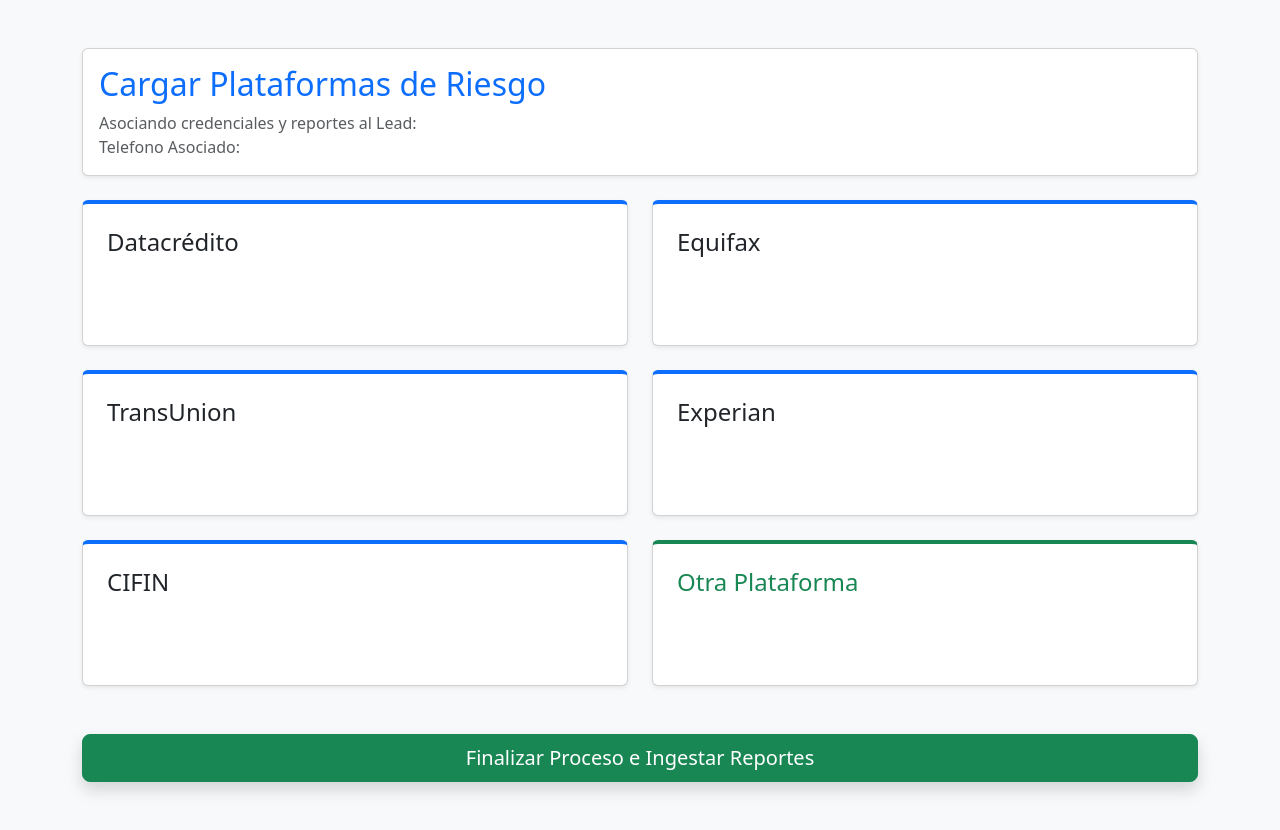
Repository: LuhizK/crm_ventas
Page: leads/templates/leads/registro_plataformas.html
An editor plug-in stored every save of this project. The page is shown before and after the next save, followed by the edit.
The browser window is 1280 px wide. The pictures show the whole page.
The template is drawn by Django 5.2. The application's start-up code is not run. Other server files are loaded and not shown. The template is opened directly, without the code that normally fills it, so the values that code supplies are empty.

Above is the page before, as saved 2026-07-06 23:18:03.

### leads/templates/leads/registro_plataformas.html
<!DOCTYPE html>
<html lang="es">
<head>
    <meta charset="UTF-8">
    <meta name="viewport" content="width=device-width, initial-scale=1.0">
    <title>Plataformas y Reportes del Lead</title>
    <link href="https://cdn.jsdelivr.net/npm/bootstrap@5.3.0/dist/css/bootstrap.min.css" rel="stylesheet">
    <style>
        .form-label { font-weight: 600; color: #495057; font-size: 0.9rem; }
        .platform-card { border-top: 4px solid #0d6efd; } /* Línea azul decorativa arriba */
    </style>
</head>
<body class="bg-light">

    <div class="container mt-5 mb-5">
        <div class="card p-3 mb-4 bg-white shadow-sm">
            <h2 class="text-primary m-0">Cargar Plataformas de Riesgo</h2>
            <p class="text-muted mt-2 mb-0">
                Asociando credenciales y reportes al Lead: <strong>{{ lead.id_lead }}</strong>
            </p>
            <p class="text-muted mt-0 mb-0">
                Telefono Asociado: <strong>{{ lead.telefono_marcado }}</strong>
            </p>
        </div>

        <form method="post" enctype="multipart/form-data">
            {% csrf_token %}

            <div class="row g-4 mb-4">
                <div class="col-md-6">
                    <div class="card shadow-sm p-4 h-100 platform-card">
                        <h4 class="mb-3 text-dark">Datacrédito</h4>
                        <div class="mb-3">
                            {{ form.datacredito_usuario.label_tag }}
                            {{ form.datacredito_usuario }}
                        </div>
                        <div class="mb-3">
                            {{ form.datacredito_password.label_tag }}
                            {{ form.datacredito_password }}
                        </div>
                        <div class="mb-3">
                            {{ form.datacredito_archivos.label_tag }}
                            {{ form.datacredito_archivos }}
                        </div>
                        <div class="mb-0">
                            {{ form.datacredito_notes.label_tag }}
                            {{ form.datacredito_notas }}
                        </div>
                    </div>
                </div>

                <div class="col-md-6">
                    <div class="card shadow-sm p-4 h-100 platform-card">
                        <h4 class="mb-3 text-dark">Equifax</h4>
                        <div class="mb-3">
                            {{ form.equifax_usuario.label_tag }}
                            {{ form.equifax_usuario }}
                        </div>
                        <div class="mb-3">
                            {{ form.equifax_password.label_tag }}
                            {{ form.equifax_password }}
                        </div>
                        <div class="mb-3">
                            {{ form.equifax_archivos.label_tag }}
                            {{ form.equifax_archivos }}
                        </div>
                        <div class="mb-0">
                            {{ form.equifax_notas.label_tag }}
                            {{ form.equifax_notas }}
                        </div>
                    </div>
                </div>
            </div>

            <div class="row g-4 mb-4">
                <div class="col-md-6">
                    <div class="card shadow-sm p-4 h-100 platform-card">
                        <h4 class="mb-3 text-dark">TransUnion</h4>
                        <div class="mb-3">
                            {{ form.transunion_usuario.label_tag }}
                            {{ form.transunion_usuario }}
                        </div>
                        <div class="mb-3">
                            {{ form.transunion_password.label_tag }}
                            {{ form.transunion_password }}
                        </div>
                        <div class="mb-3">
                            {{ form.transunion_archivos.label_tag }}
                            {{ form.transunion_archivos }}
                        </div>
                        <div class="mb-0">
                            {{ form.transunion_notas.label_tag }}
                            {{ form.transunion_notas }}
                        </div>
                    </div>
                </div>

                <div class="col-md-6">
                    <div class="card shadow-sm p-4 h-100 platform-card">
                        <h4 class="mb-3 text-dark">Experian</h4>
                        <div class="mb-3">
                            {{ form.experian_usuario.label_tag }}
                            {{ form.experian_usuario }}
                        </div>
                        <div class="mb-3">
                            {{ form.experian_password.label_tag }}
                            {{ form.experian_password }}
                        </div>
                        <div class="mb-3">
                            {{ form.experian_archivos.label_tag }}
                            {{ form.experian_archivos }}
                        </div>
                        <div class="mb-0">
                            {{ form.experian_notas.label_tag }}
                            {{ form.experian_notas }}
                        </div>
                    </div>
                </div>
            </div>

            <div class="row g-4 mb-4">
                <div class="col-md-6">
                    <div class="card shadow-sm p-4 h-100 platform-card">
                        <h4 class="mb-3 text-dark">CIFIN</h4>
                        <div class="mb-3">
                            {{ form.cifin_usuario.label_tag }}
                            {{ form.cifin_usuario }}
                        </div>
                        <div class="mb-3">
                            {{ form.cifin_password.label_tag }}
                            {{ form.cifin_password }}
                        </div>
                        <div class="mb-3">
                            {{ form.cifin_archivos.label_tag }}
                            {{ form.cifin_archivos }}
                        </div>
                        <div class="mb-0">
                            {{ form.cifin_notas.label_tag }}
                            {{ form.cifin_notas }}
                        </div>
                    </div>
                </div>

                <div class="col-md-6">
                    <div class="card shadow-sm p-4 h-100 platform-card" style="border-top-color: #198754;"> <h4 class="mb-3 text-success">Otra Plataforma</h4>
                        <div class="mb-3">
                            {{ form.otro_nombre.label_tag }}
                            {{ form.otro_nombre }}
                        </div>
                        <div class="row mb-3">
                            <div class="col-6">
                                {{ form.otro_usuario.label_tag }}
                                {{ form.otro_usuario }}
                            </div>
                            <div class="col-6">
                                {{ form.otro_password.label_tag }}
                                {{ form.otro_password }}
                            </div>
                        </div>
                        <div class="mb-3">
                            {{ form.otro_archivos.label_tag }}
                            {{ form.otro_archivos }}
                        </div>
                        <div class="mb-0">
                            {{ form.otro_notas.label_tag }}
                            {{ form.otro_notas }}
                        </div>
                    </div>
                </div>
            </div>

            <div class="text-center mt-5">
                <button type="submit" class="btn btn-success btn-lg w-100 shadow">Finalizar Proceso e Ingestar Reportes</button>
            </div>
        </form>
    </div>

    <script src="https://cdn.jsdelivr.net/npm/bootstrap@5.3.0/dist/js/bootstrap.bundle.min.js"></script>
</body>
</html>

After the next save:
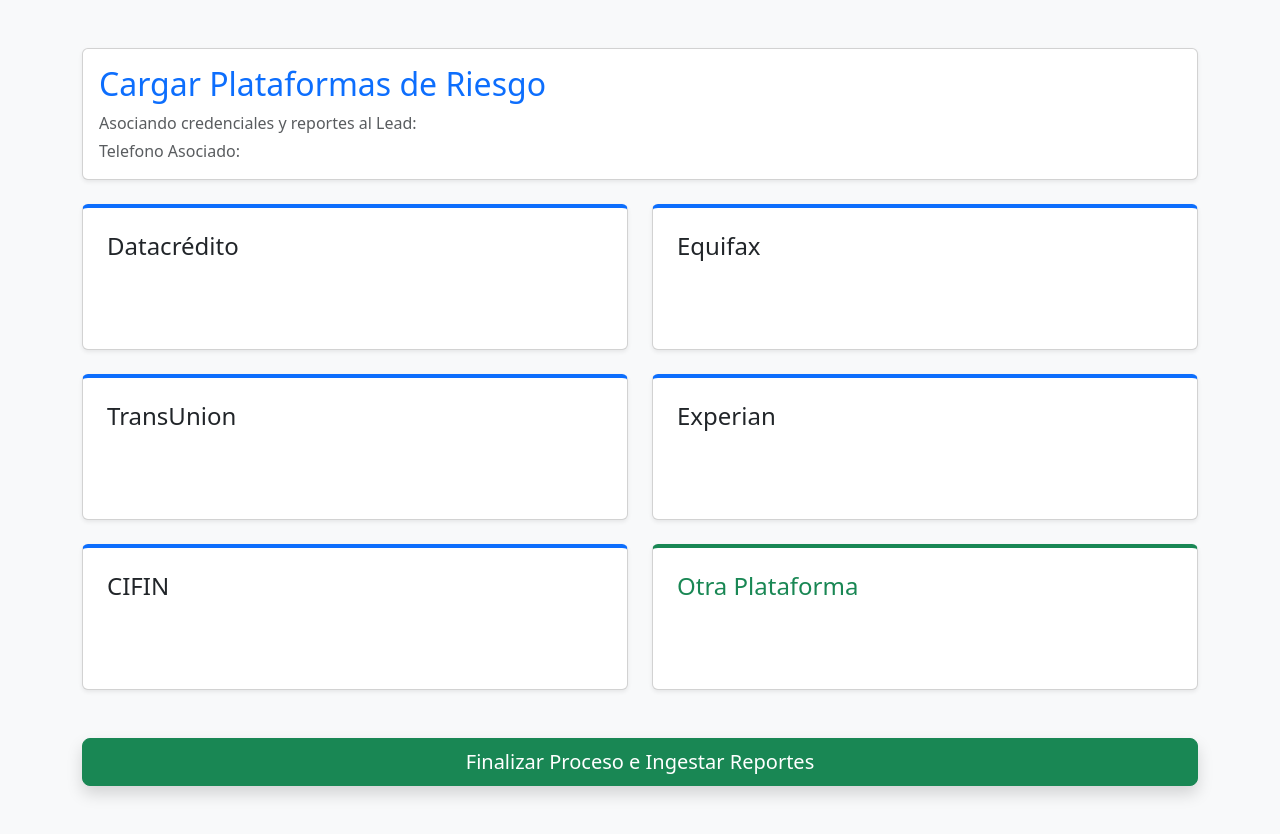
Saved 4 s later.
--- a/leads/templates/leads/registro_plataformas.html
+++ b/leads/templates/leads/registro_plataformas.html
@@ -18,7 +18,7 @@
             <p class="text-muted mt-2 mb-0">
                 Asociando credenciales y reportes al Lead: <strong>{{ lead.id_lead }}</strong>
             </p>
-            <p class="text-muted mt-0 mb-0">
+            <p class="text-muted mt-1 mb-0">
                 Telefono Asociado: <strong>{{ lead.telefono_marcado }}</strong>
             </p>
         </div>

After the 2 saves that followed:
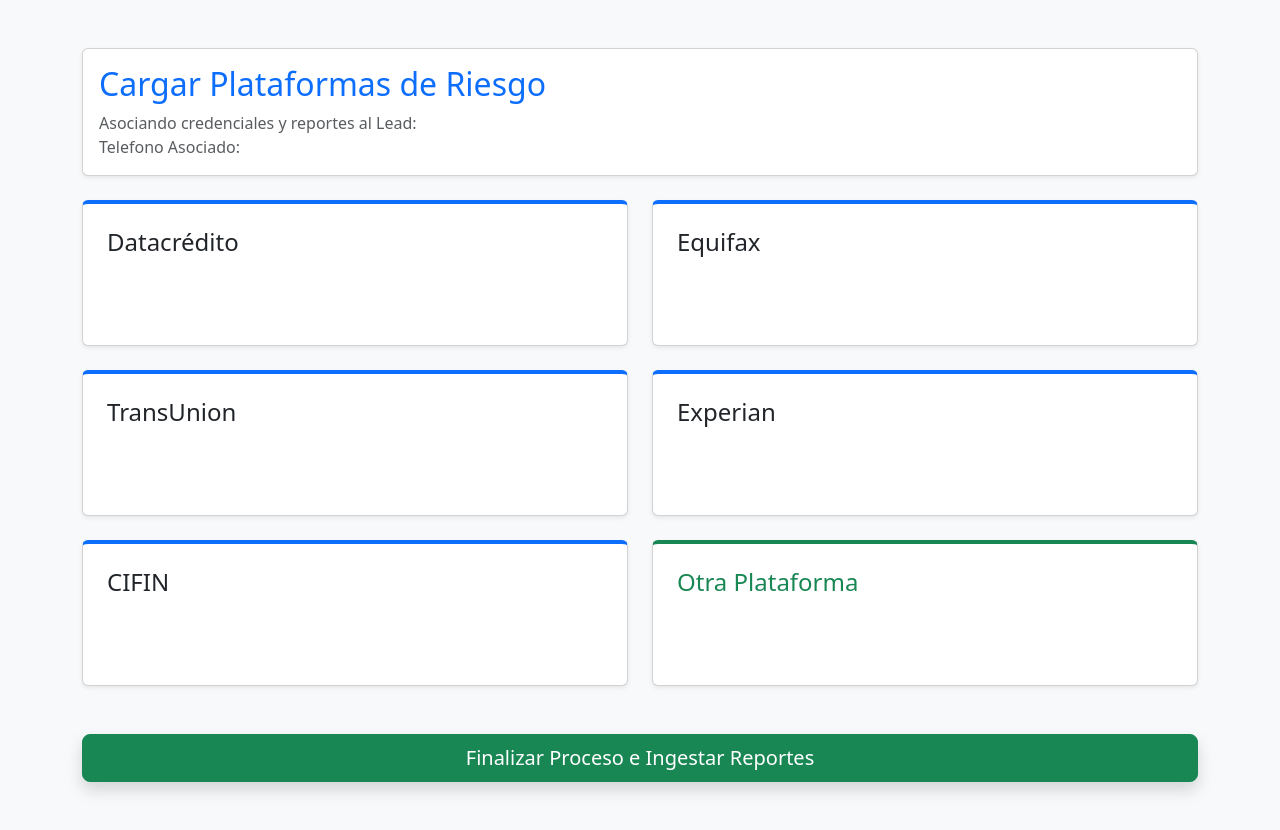
The 2 saves are shown as one change because they came seconds apart.
The last was saved 8 s later.
--- a/leads/templates/leads/registro_plataformas.html
+++ b/leads/templates/leads/registro_plataformas.html
@@ -18,7 +18,7 @@
             <p class="text-muted mt-2 mb-0">
                 Asociando credenciales y reportes al Lead: <strong>{{ lead.id_lead }}</strong>
             </p>
-            <p class="text-muted mt-1 mb-0">
+            <p class="text-muted mt-0 mb-0">
                 Telefono Asociado: <strong>{{ lead.telefono_marcado }}</strong>
             </p>
         </div>
